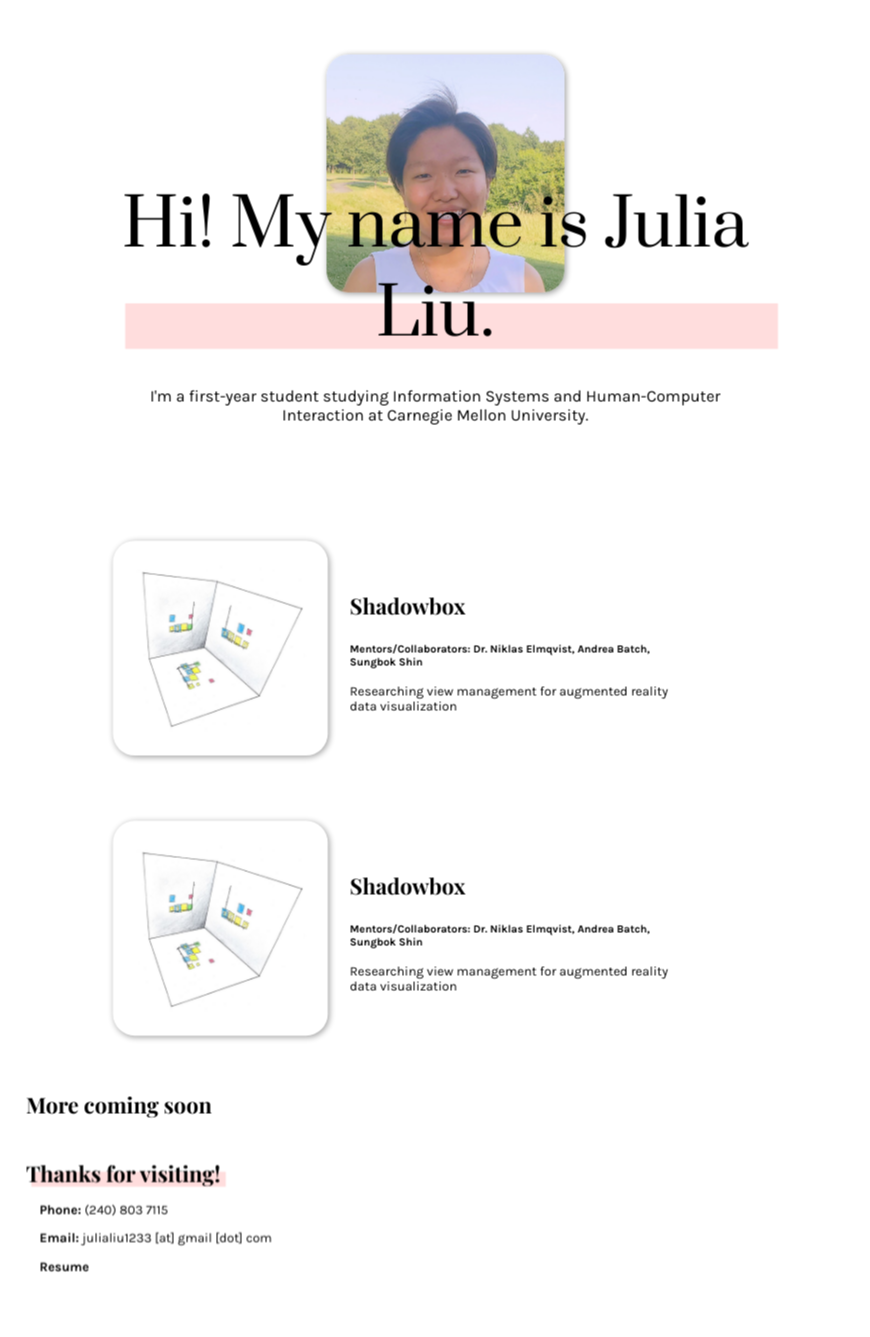
Repository: liu-julia/liu-julia.github.io
Page: index.html
These files come from the project's save history. The page is drawn as it stood at one moment and after the next save; the edit follows.
The browser window is 1280 px wide. The pictures show the whole page, at 68% of full size.

Above is the page before, as saved 2022-04-28 11:33:00.

### index.html
<!DOCTYPE html>
<html lang="en">
<head>
    <meta charset="UTF-8">
    <meta http-equiv="X-UA-Compatible" content="IE=edge">
    <meta name="viewport" content="width=device-width, initial-scale=1.0">
    <link rel="preconnect" href="https://fonts.googleapis.com">
    <link rel="preconnect" href="https://fonts.gstatic.com" crossorigin>
    <link href="https://fonts.googleapis.com/css2?family=Karla:wght@300;400;700&family=Open+Sans:wght@300;400;700&family=Playfair+Display:wght@400;700&family=Prata&display=swap" rel="stylesheet">
    <link rel="stylesheet" href="css/styles.css">
    <link rel="icon" href="images/jllogo.png">
    <script src="js/scripts.js"></script>
    <title>Julia Liu</title>
</head>
<body>
    <header id="topbar">
        <img id="logo" src="images/jllogo.png" alt="JL logo">
        <div id="navbar">
            <a class="highlighted" href="index.html">Projects</a>
            <a class="hl_hover" href="about.html">About</a>
            <a class="hl_hover" href="contact.html">Contact</a>
        </div>
    </header>
    <div id="content">
        <div id="top">
            <img id="face" src="images/IMG_20210707_193435_832.jpg" alt="Julia Liu">
            <h1 class="highlighted">Hi! My name is Julia Liu.</h1>
            <p id="head_desc">I'm a first-year student studying Information Systems and Human-Computer Interaction at Carnegie Mellon University.</p>
        </div>
        <br>
        <div class="project">
            <img src="images/shadowbox.jpg" alt="Shadowbox">
            <div class="project-text">
                <h3>Shadowbox</h3>
                <h4>Mentors/Collaborators: Dr. Niklas Elmqvist, Andrea Batch, Sungbok Shin</h4>
                <p>Researching view management for augmented reality data visualization</p>
            </div>
        </div>
        <div class="project">
            <img src="images/shadowbox.jpg" alt="Shadowbox">
            <div class="project-text">
                <h3>Shadowbox</h3>
                <h4>Mentors/Collaborators: Dr. Niklas Elmqvist, Andrea Batch, Sungbok Shin</h4>
                <p>Researching view management for augmented reality data visualization</p>
            </div>
        </div>
        <h3 id="construction">More coming soon</h3>
        <div id="foot">
            <h3 class="highlighted">Thanks for visiting!</h3>
            <div>
                <p><b>Phone: </b> (240) 803 7115</p>
                <p><b>Email: </b> juli<!--anti spam-->aliu1233 <!--anti spam--> [at] gmai<!--anti spam-->l [dot] com</p>
                <a href="JuliaLiu.pdf"><b>Resume</b></a>
            </div>
        </div>
    </div>
</body>
</html>

### css/styles.css
:root {
    font-family: 'Karla', sans-serif;
}
html {
    height: 100%;
}
header {
    position: fixed;
    top: 0;
    left: 0;
    right: 0;
    width: 100%;
    height: 60px;
    background-color: white;
    z-index: 1;
    box-shadow: 0 0 10px #FFFFFF;
    transition: top .2s;
}
#logo {
    width: 25px;
    height: 35px;
    padding: 13px;
}
#navbar {
    float: right;
}
#navbar a {
    position: relative;
    top: 10px;
    margin-right: 25px;
    align-self: center;
    color: black;
}
body {
    height: 100%;
}
#content {
    height: 100%;
}
h1 {
    font-family: 'Prata', serif;
    font-weight: 400;
    font-size: 6em;
}
#top {
    height: 100%;
}
h1{
    position: absolute;
    bottom: 12rem;
    left: 1rem;
    right: 1rem;
    text-align: center;
    margin: auto;
    width: 75%;
}
h1.highlighted::before {
    content: "";
    position: absolute;
    width: 100%;
    background: #ffdddd;
    left: .25em;
    bottom: .15em;
    height: .7em;
    z-index: -1;
    animation: highlightAnimation ease 3s;
    animation-iteration-count: 1;
    animation-fill-mode: forwards;
}

@keyframes highlightAnimation {
    0% {
        transform: scaleX(0);
        transform-origin: left;
    }
    100% {
        transform: scaleX(1);
        transform-origin: left;
     }
}

#navbar a.highlighted::before {
    content: "";
    position: absolute;
    width: 100%;
    background: #ffdddd;
    left: .25em;
    bottom: .05em;
    height: .7em;
    z-index: -1;
}
.hl_hover::before {
    content: "";
    position: absolute;
    width: 100%;
    background: #ffdddd;
    left: .25em;
    bottom: .05em;
    height: .7em;
    z-index: -1;
    transition: transform 0.5s;
    transform: scaleX(0);
    transform-origin: right;
}
.hl_hover:hover::before {
    transform: scaleX(1);
    transform-origin: left;
}
h2 {
    font-family: 'Playfair Display', serif;
    font-size: 3em;
}
h3 {
    font-family: 'Playfair Display', serif;
    font-size: 2em;

}
h3.highlighted::before {
    content: "";
    position: absolute;
    width: 100%;
    background: #ffdddd;
    left: .25em;
    bottom: .05em;
    height: .7em;
    z-index: -1;
}
#navbar a {
    font-family: 'Playfair Display', serif;
    font-size: 1.5em;
    font-weight: 700;
    text-decoration: none;
}
p {
    font-size: 1.2rem;
}
#head_desc {
    font-size: 1.5em;
    font-weight: 400;
    position: absolute;
    bottom: 6rem;
    width: 90%;
    left: 1rem;
    right: 1rem;
    text-align: center;
    margin: auto;
    width: 75%;
}
.project {
    display: flex;
    align-items: center;
}
#face {
    position: absolute;
    width: 350px;
    height: 350px;
    top: 5rem;
    left: 30rem;
    right: 30rem;
    border-radius: 2em;
    margin: auto;
    box-shadow: 2px 2px 10px #00000066;
}
#foot {
    padding-left: 30px;
    position: absolute;
    width: 90%;
    height: 40%;
}
#foot h3.highlighted {
    position: absolute;
    bottom: 65%;
}
#foot div {
    position: absolute;
    bottom: 25%;
    padding: 20px;
}
a {
    font-size: 1.2rem;
    color: black;
    text-decoration: underline;
    text-decoration-color: #ffb4b400;
    transition: text-decoration ease-in .2s;
}
a:hover {
    text-decoration-color: #ffb4b4;
}
#construction {
    padding-left: 30px;
}

body {
    animation: fadeInAnimation ease 2s;
    animation-iteration-count: 1;
    animation-fill-mode: forwards;
}

@keyframes fadeInAnimation {
    0% {
        opacity: 0;
    }
    100% {
        opacity: 1;
     }
}
.project {
    width: 80%;
    display: flex;
    margin: auto;
    height: 35%;
    padding: 5rem;
}
.project img {
    max-width: 40%;
    max-height: 100%;
    box-shadow: 2px 2px 10px #00000066;
    border-radius: 2rem;
    padding: 2em;
    margin: 2em;
}
.project-text {
    width: 50%;
}

### js/scripts.js
var prevScrollpos = window.pageYOffset;
window.onscroll = function() {
  var currentScrollPos = window.pageYOffset;
  if (prevScrollpos > currentScrollPos) {
    document.getElementById("topbar").style.top = "0";
  } else {
    document.getElementById("topbar").style.top = "-70px";
  }
  prevScrollpos = currentScrollPos;
}

After the next save:
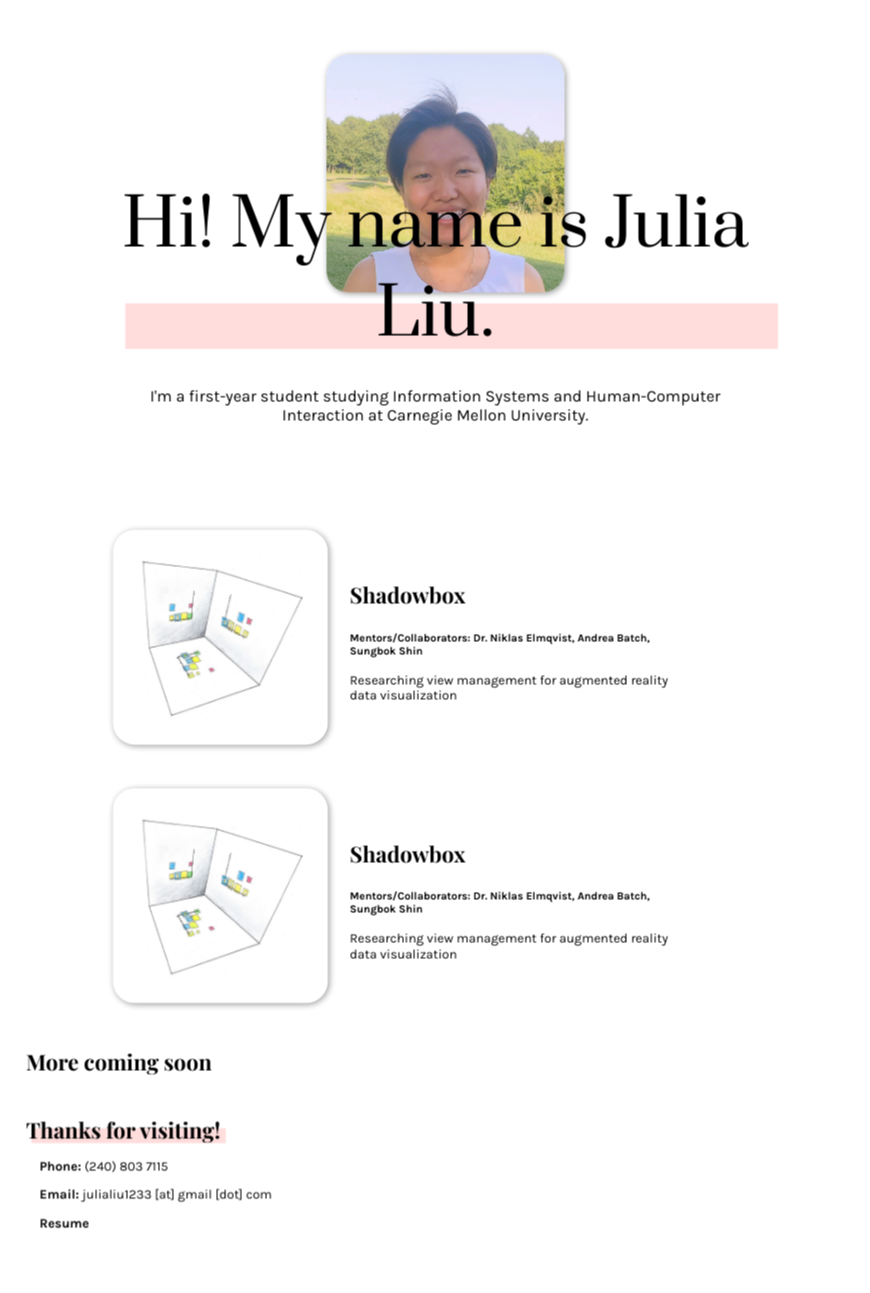
Saved 7 s later.
--- a/css/styles.css
+++ b/css/styles.css
@@ -209,7 +209,7 @@ body {
     display: flex;
     margin: auto;
     height: 35%;
-    padding: 5rem;
+    padding: 4rem;
 }
 .project img {
     max-width: 40%;
